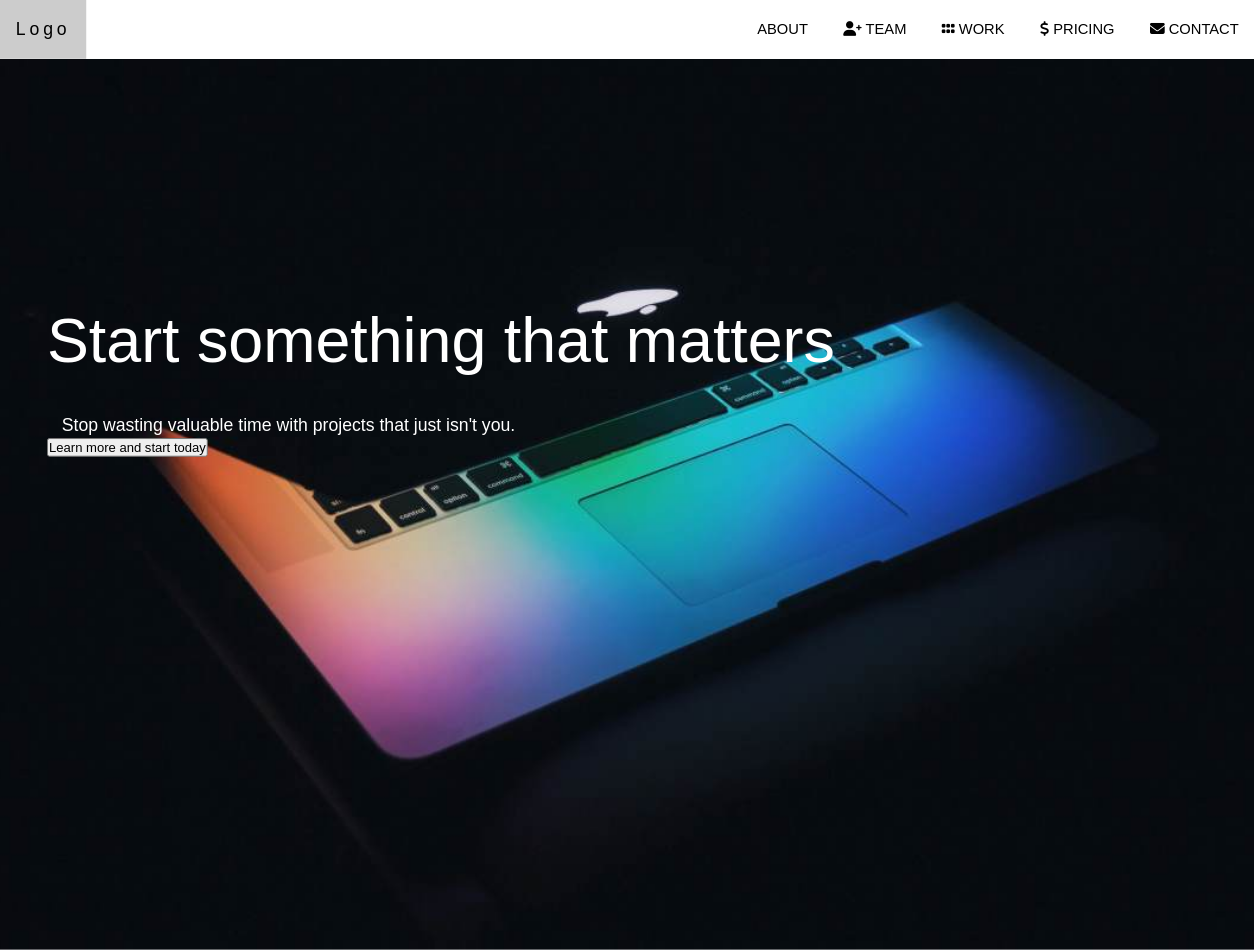
Repository: husterDC/Test
Page: index.html
These files come from the project's save history. The page is drawn as it stood at one moment and after the next save; the edit follows.
The browser window is 1280 px wide. The pictures show the whole page, at 98% of full size.

Above is the page before, as saved 2022-10-13 10:03:05.

After the next save:
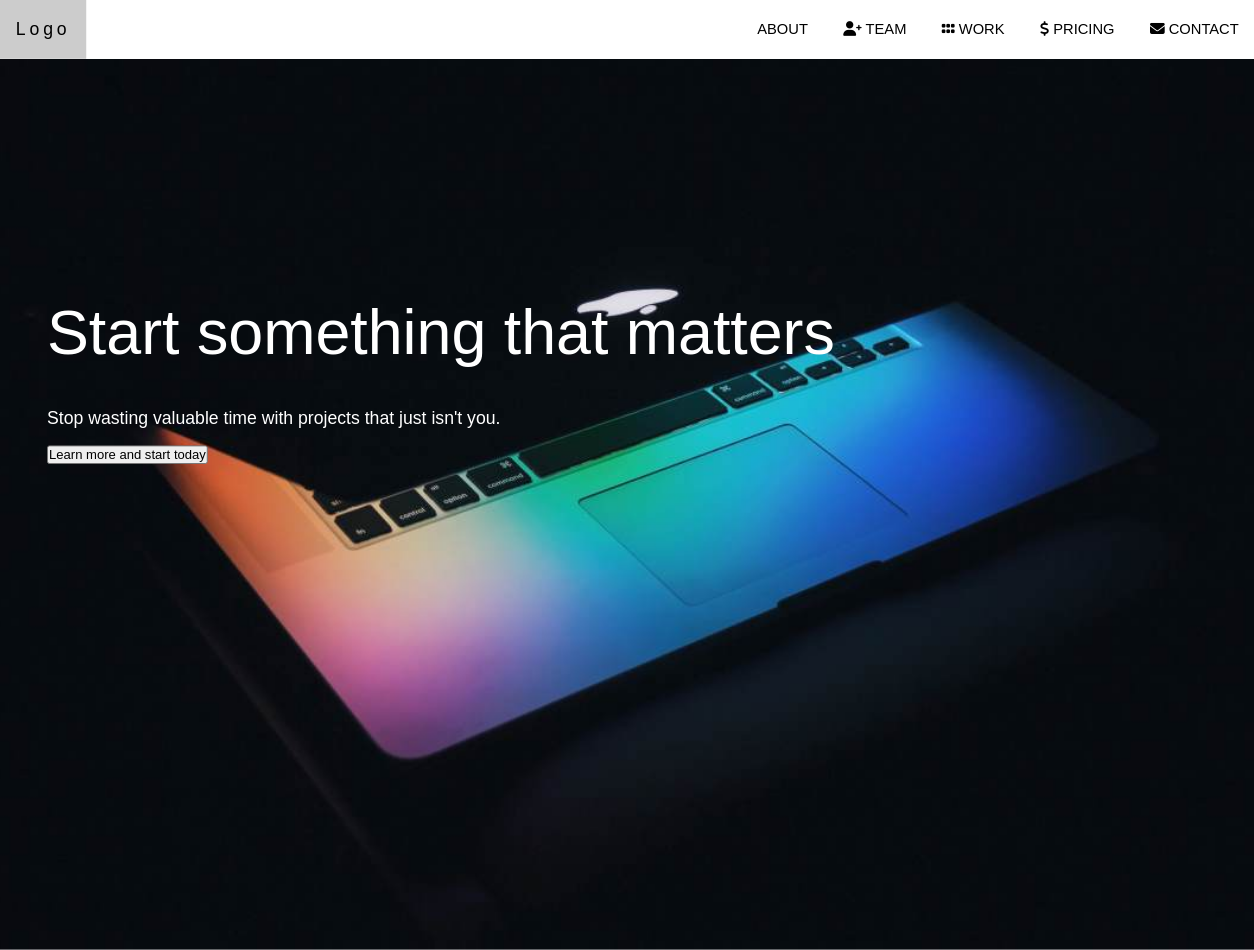
Saved 13 s later.
--- a/assets/style.css
+++ b/assets/style.css
@@ -82,5 +82,5 @@
     margin-bottom: 40px;
 }
 .slider_dec {
-    margin: 0 15px;
+    margin: 15px 0;
 }
